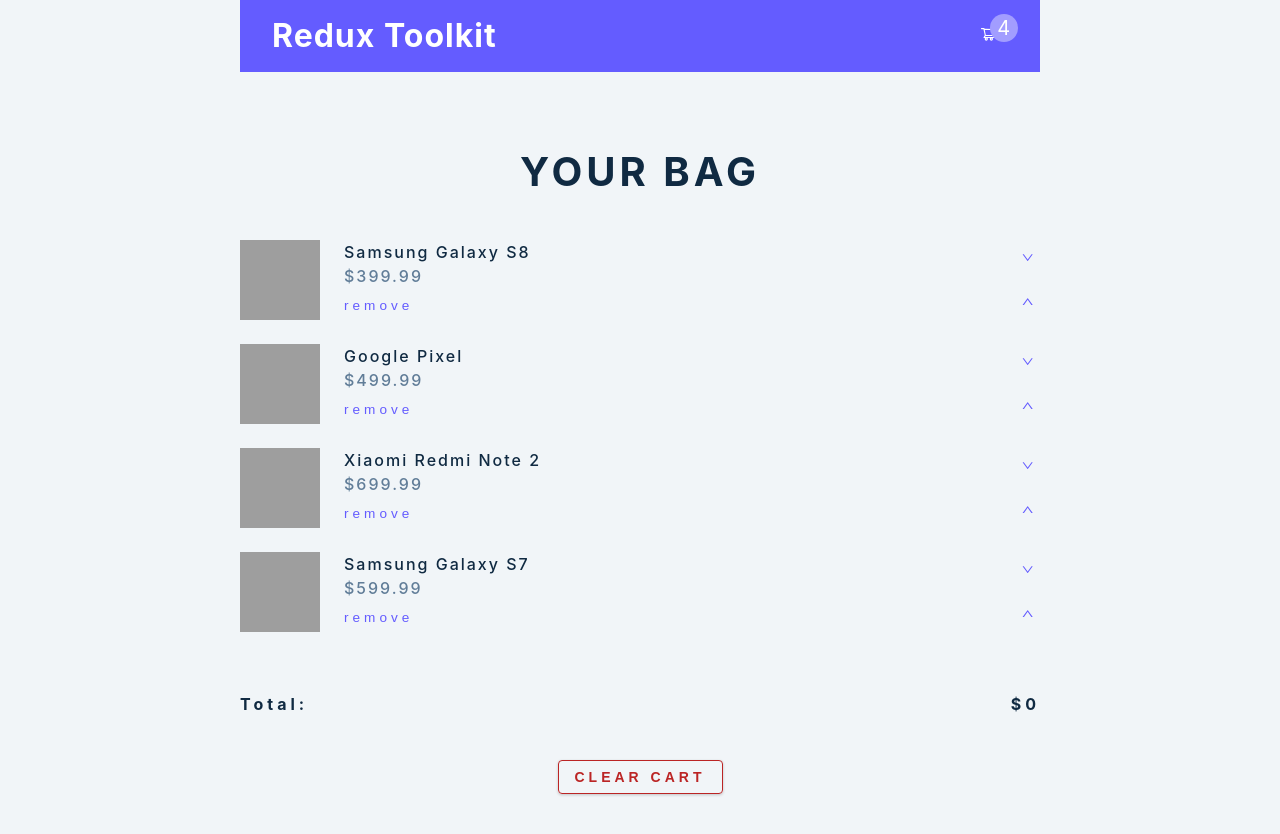
Repository: Nurlan-Bakenbaev/ReduxToolit
Page: /
An editor plug-in stored every save of this project. The page is shown before and after a run of saves, followed by the edit.
The browser window is 1280 px wide. The pictures show the whole page.
Pictures or frames that could not be fetched are drawn as grey boxes. The project was rebuilt for these pictures with package versions that can differ from the ones it lists, and the page was loaded fresh each time.

Above is the page before, as saved 2023-11-08 23:37:34.

### src/index.js
import React from "react";
import { createRoot } from "react-dom/client";
import "./index.css";
import App from "./App";
import store from "./redux/store";
import { Provider } from "react-redux";
const container = document.getElementById("root");
const root = createRoot(container);

root.render(
  <React.StrictMode>
    <Provider store={store}>
      <App />
    </Provider>
  </React.StrictMode>
);

### src/index.css
/*
===============
Variables
===============
*/

:root {
  --clr-primary: #645cff;
  --clr-primary-dark: #282566;
  --clr-primary-light: #a29dff;
  --clr-grey-1: #102a42;
  --clr-grey-5: #617d98;
  --clr-grey-10: #f1f5f8;
  --clr-white: #fff;
  --clr-red-dark: hsl(360, 67%, 44%);
  --clr-red-light: hsl(360, 71%, 66%);
  --transition: all 0.3s linear;
  --spacing: 0.25rem;
  --radius: 0.25rem;
  --large-screen-width: 1170px;
  --small-screen-width: 90vw;
  --fixed-width: 50rem;
}
* {
  margin: 0;
  padding: 0;
  box-sizing: border-box;
}
body {
  font-family: -apple-system, BlinkMacSystemFont, 'Segoe UI', Roboto, Oxygen,
    Ubuntu, Cantarell, 'Open Sans', 'Helvetica Neue', sans-serif;
  background: var(--clr-grey-10);
  color: var(--clr-grey-1);
  line-height: 1.5;
  font-size: 0.875rem;
}
a {
  text-decoration: none;
}
img {
  width: 100%;
  display: block;
}
h1,
h2,
h3,
h4 {
  letter-spacing: var(--spacing);
  text-transform: capitalize;
  line-height: 1.25;
  margin-bottom: 0.75rem;
}
h1 {
  font-size: 3rem;
}
h2 {
  font-size: 2rem;
}
h3 {
  font-size: 1.5rem;
}
h4 {
  font-size: 0.875rem;
}
p {
  margin-bottom: 1.25rem;
}
@media screen and (min-width: 800px) {
  h1 {
    font-size: 4rem;
  }
  h2 {
    font-size: 2.5rem;
  }
  h3 {
    font-size: 2rem;
  }
  h4 {
    font-size: 1rem;
  }
  body {
    font-size: 1rem;
  }
  h1,
  h2,
  h3,
  h4 {
    line-height: 1;
  }
}
/* more global css */

.btn {
  text-transform: uppercase;
  background: var(--clr-primary);
  color: var(--clr-white);
  padding: 0.375rem 0.75rem;
  letter-spacing: var(--spacing);
  display: inline-block;
  font-weight: 700;
  transition: var(--transition);
  font-size: 0.875rem;
  border: none;
  cursor: pointer;
  box-shadow: 0 1px 3px rgba(0, 0, 0, 0.2);
}
.btn:hover {
  color: var(--clr-primary);
  background: var(--clr-primary-light);
}

/*
===============
Navbar
===============
*/
.loading {
  text-align: center;
  margin-top: 5rem;
}
nav {
  background: var(--clr-primary);
  padding: 1.25rem 2rem;
}
.nav-center {
  max-width: var(--fixed-width);
  width: 100%;
  margin: 0 auto;
  display: flex;
  justify-content: space-between;
  align-items: center;
}
nav h3 {
  margin-bottom: 0;
  letter-spacing: 1px;
  color: var(--clr-white);
}
.nav-container {
  display: block;
  position: relative;
}

nav svg {
  width: 40px;
  color: var(--clr-white);
}
.amount-container {
  position: absolute;
  top: -0.6rem;
  right: -0.6rem;
  width: 1.75rem;
  height: 1.75rem;
  border-radius: 50%;
  background: var(--clr-primary-light);
  display: flex;
  align-items: center;
  justify-content: center;
}
.total-amount {
  color: var(--clr-white);
  margin-bottom: 0;
  font-size: 1.25rem;
}
/*
===============
Cart
===============
*/
.cart {
  min-height: calc(100vh - 120px);
  width: 90vw;
  margin: 0 auto;
  margin-top: 40px;
  padding: 2.5rem 0;
  max-width: var(--fixed-width);
}
.cart h2 {
  text-transform: uppercase;
  text-align: center;
  margin-bottom: 3rem;
}
.empty-cart {
  text-transform: lowercase;
  color: var(--clr-grey-5);
  margin-top: 1rem;
  text-align: center;
}
.cart footer {
  margin-top: 4rem;
  text-align: center;
}
.cart-total h4 {
  text-transform: capitalize;
  display: flex;
  justify-content: space-between;
  margin-top: 1rem;
}
.clear-btn,
.confirm-btn {
  background: transparent;
  padding: 0.5rem 1rem;
  color: var(--clr-red-dark);
  border: 1px solid var(--clr-red-dark);
  margin-top: 2.25rem;
  border-radius: var(--radius);
}
.clear-btn:hover {
  background: var(--clr-red-light);
  color: var(--clr-red-dark);
  border-color: var(--clr-red-light);
}
.confirm-btn {
  border-color: var(--clr-primary);
  color: var(--clr-primary);
}
/*
===============
Cart Item
===============
*/
.cart-item {
  display: grid;
  align-items: center;
  grid-template-columns: auto 1fr auto;
  grid-column-gap: 1.5rem;
  margin: 1.5rem 0;
}
.cart-item img {
  width: 5rem;
  height: 5rem;
  object-fit: cover;
}
.cart-item h4 {
  margin-bottom: 0.5rem;
  font-weight: 500;
  letter-spacing: 2px;
}
.item-price {
  color: var(--clr-grey-5);
}
.remove-btn {
  color: var(--clr-primary);
  letter-spacing: var(--spacing);
  cursor: pointer;
  font-size: 0.85rem;
  background: transparent;
  border: none;
  margin-top: 0.375rem;
  transition: var(--transition);
}
.remove-btn:hover {
  color: var(--clr-primary-light);
}
.amount-btn {
  width: 24px;
  background: transparent;
  border: none;
  cursor: pointer;
}
.amount-btn svg {
  color: var(--clr-primary);
}
.amount-btn:hover svg {
  color: var(--clr-primary-light);
}
.amount {
  text-align: center;
  margin-bottom: 0;
  font-size: 1.25rem;
  line-height: 1;
}
hr {
  background: var(--clr-grey-5);
  border-color: transparent;
  border-width: 0.25px;
}

.modal-container {
  position: fixed;
  top: 0;
  left: 0;
  width: 100%;
  height: 100%;
  background: rgba(0, 0, 0, 0.7);
  z-index: 10;
  display: flex;
  align-items: center;
  justify-content: center;
}

.modal {
  background: var(--clr-white);
  width: 80vw;
  max-width: 400px;
  border-radius: var(--radius);
  padding: 2rem 1rem;
  text-align: center;
}
.modal h4 {
  margin-bottom: 0;
  line-height: 1.5;
}
.modal .clear-btn,
.modal .confirm-btn {
  margin-top: 1rem;
}
.btn-container {
  display: flex;
  justify-content: space-around;
}

### src/App.js
import React from "react";
import Navbar from "./components/Navbar";
import CartContainer from "./components/CartContainer";
function App() {
  return (
    <div>
      <Navbar />
      <CartContainer />
    </div>
  );
}
export default App;

### src/redux/store.js
import { configureStore } from "@reduxjs/toolkit";
import cartReducer from "./features/cartSlice";
const store = configureStore({
  reducer: {
    cart: cartReducer },
});
export default store;

### src/components/Navbar.js
import React from "react";
import { AiOutlineShoppingCart } from "react-icons/ai";
import { useSelector } from "react-redux";
const Navbar = () => {
  const { amount } = useSelector((store) => store.cart);
  console.log(useSelector((store) => store.cart[0]));
  return (
    <nav className="nav-center">
      <h3> Redux Toolkit</h3>
      <div className="nav-container">
        <AiOutlineShoppingCart />
        <div className="amount-container">
          <p className="total-amount">{amount}</p>
        </div>
      </div>
    </nav>
  );
};
export default Navbar;

### src/components/CartContainer.js
import React from "react";
import { useSelector } from "react-redux";
import Cartitem from "./Cartitem";

const CartContainer = () => {
  const { cartItems, total, amount } = useSelector((state) => state.cart);

  if (amount < 1) {
    return (
      <section className="cart">
        <header>
          <h2>Your Bag </h2>
          <h4 className="empty-cart">is currently empty</h4>
        </header>
      </section>
    );
  }
  return (
    <section className="cart">
      <header>
        <h2>Your bag</h2>
      </header>
      {cartItems?.map((item) => (
        <Cartitem key={item.id} {...item} />
      ))}
      <footer>
        <div className="cart-total">
          <h4>
            total:<span>${total} </span>
          </h4>
        </div>
        <button className="btn clear-btn">Clear cart</button>
      </footer>
    </section>
  );
};

export default CartContainer;

### src/redux/features/cartSlice.js
import { createSlice } from "@reduxjs/toolkit";
import cartItems from "../../cartItems";
const initialState = {
  cartItems: cartItems,
  amount: 4,
  total: 0,
  isLoading: true,
};
const cartSlice = createSlice({
  name: "cart",
  initialState,
});
export default cartSlice.reducer;

### src/components/Cartitem.js
import React from "react";
import { AiOutlineDown, AiOutlineUp } from "react-icons/ai";
const Cartitem = ({ id, img, title, price, amount }) => {
  return (
    <article className="cart-item">
      <img src={img} alt={title} />
      <div>
        <h4>{title} </h4>
        <h4 className="item-price">${price} </h4>
        <button className="remove-btn"> remove</button>
      </div>
      <div>
        <button className="amount-btn">
          <AiOutlineDown />
        </button>
        <p></p>
        <button className="amount-btn">
          <AiOutlineUp />
        </button>
      </div>
    </article>
  );
};
export default Cartitem;

### src/cartItems.js
const cartItems = [
  {
    id: 'rec1JZlfCIBOPdcT2',
    title: 'Samsung Galaxy S8',
    price: '399.99',
    img: 'https://images2.imgbox.com/c2/14/zedmXgs6_o.png',
    amount: 1,
  },
  {
    id: 'recB6qcHPxb62YJ75',
    title: 'google pixel',
    price: '499.99',
    img: 'https://images2.imgbox.com/fb/3d/O4TPmhlt_o.png',
    amount: 1,
  },
  {
    id: 'recdRxBsE14Rr2VuJ',
    title: 'Xiaomi Redmi Note 2',
    price: '699.99',
    img: 'https://images2.imgbox.com/4f/3d/WN3GvciF_o.png',
    amount: 1,
  },
  {
    id: 'recwTo160XST3PIoW',
    title: 'Samsung Galaxy S7',
    price: '599.99 ',
    img: 'https://images2.imgbox.com/2e/7c/yFsJ4Zkb_o.png',
    amount: 1,
  },
];
export default cartItems;

Loaded but not shown: public/index.html (common file)

After the next 3 saves:
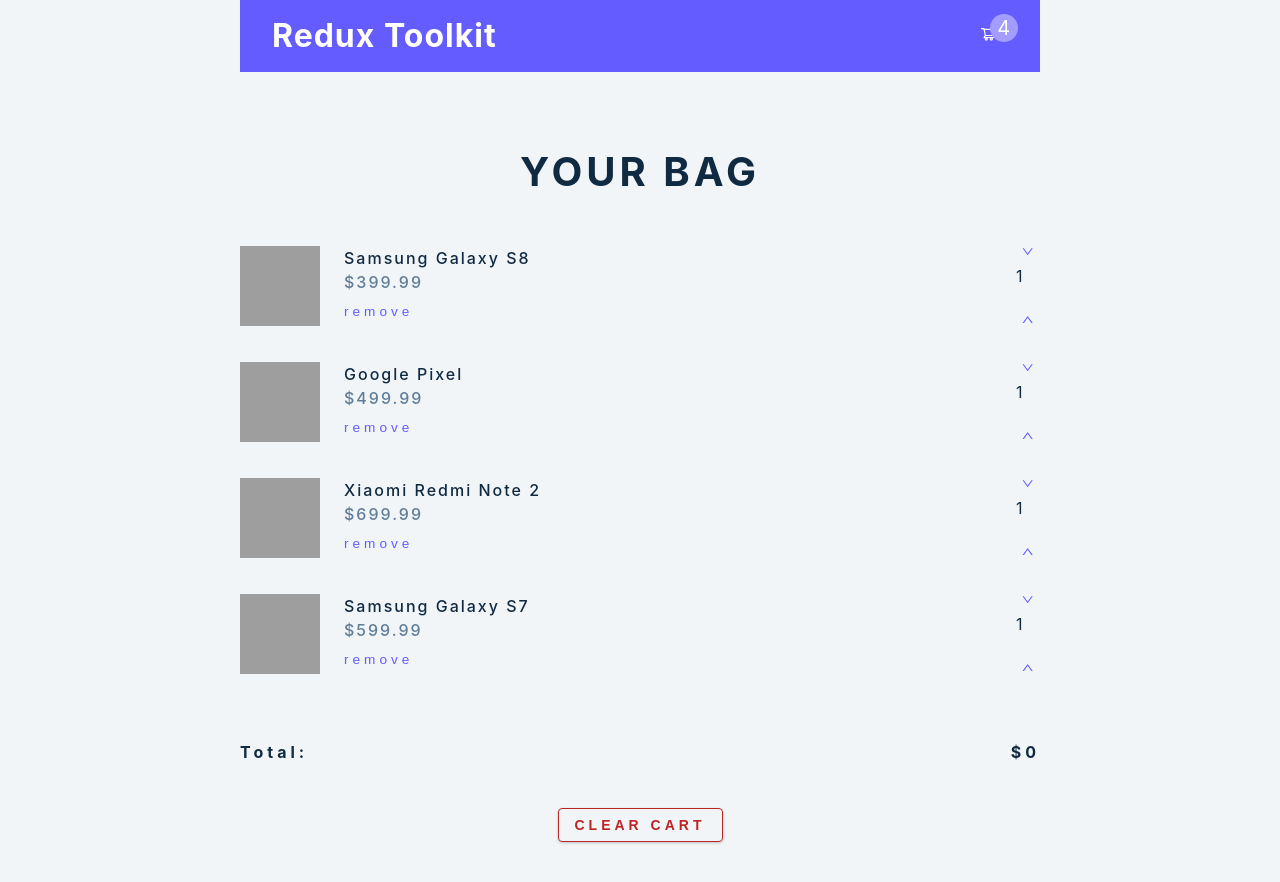
The 3 saves are shown as one change because they came seconds apart.
The last was saved 10 s later.
--- a/src/components/Cartitem.js
+++ b/src/components/Cartitem.js
@@ -13,7 +13,7 @@
         <button className="amount-btn">
           <AiOutlineDown />
         </button>
-        <p></p>
+        <p>{amount}</p>
         <button className="amount-btn">
           <AiOutlineUp />
         </button>

After the 2 saves that followed:
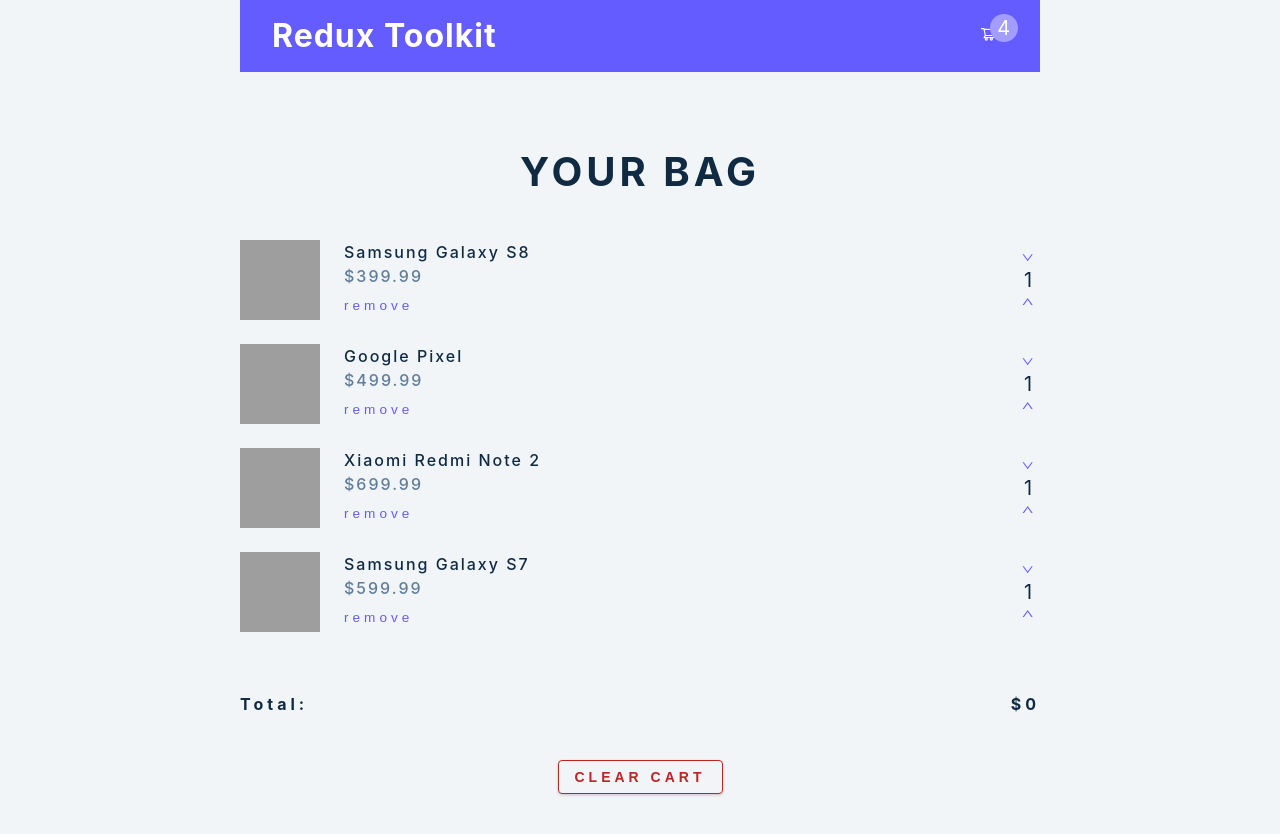
The 2 saves are shown as one change because 1 left the picture as it was.
The last was saved 8 s later.
--- a/src/components/Cartitem.js
+++ b/src/components/Cartitem.js
@@ -13,7 +13,7 @@
         <button className="amount-btn">
           <AiOutlineDown />
         </button>
-        <p>{amount}</p>
+        <p className="amount">{amount}</p>
         <button className="amount-btn">
           <AiOutlineUp />
         </button>
